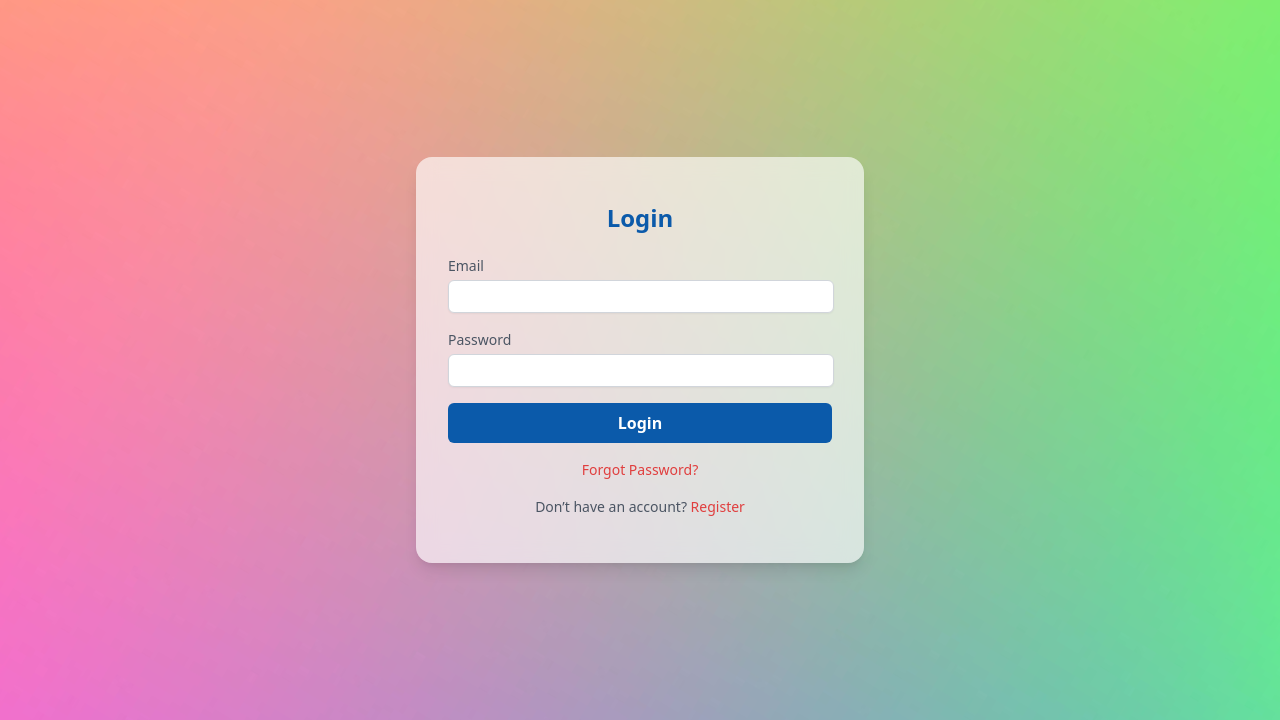
Repository: LoneHeroOne/SmartRecruit
Page: / (app in frontend/)
These files come from the project's save history. The page is drawn as it stood at one moment and after the next save; the edit follows.
The browser window is 1280 px wide. The pictures show the whole page.
The project was rebuilt for these pictures with package versions that can differ from the ones it lists, and the page was loaded fresh each time. Also part of the build but not shown: frontend/vite.config.ts, frontend/src/Pages/Register.tsx, frontend/src/Pages/ForgotPassword.tsx, frontend/src/Pages/ApplicationForm.tsx.

Above is the page before, as saved 2025-10-04 17:16:14.

### frontend/src/App.tsx
import { BrowserRouter, Routes, Route } from 'react-router-dom'
import Login from './Pages/Login'
import Register from './Pages/Register'
import ForgotPassword from './Pages/ForgotPassword'

function App() {
  return (
    <BrowserRouter>
      <Routes>
        <Route path="/" element={<Login />} />
        <Route path="/register" element={<Register />} />
        <Route path="/forgot-password" element={<ForgotPassword />} />
        <Route path="/internships" element={<div>Internships Page</div>} />
      </Routes>
    </BrowserRouter>
  )
}

export default App

### frontend/src/Pages/Login.tsx
import { useState } from "react";
import { useNavigate } from "react-router-dom";
import BackgroundAnimation from "../components/common/BackgroundAnimation";
import {login} from "../Services/authService";
import "./Login.css";

export default function Login() {
  const navigate = useNavigate();
  const [form, setForm] = useState({ email: "", password: "" });
  const [loading, setLoading] = useState(false);
  const [error, setError] = useState("");

  const handleChange = (e: React.ChangeEvent<HTMLInputElement>) => {
    setForm({ ...form, [e.target.name]: e.target.value });
  };

  const handleSubmit = async (e: React.FormEvent<HTMLFormElement>) => {
    e.preventDefault();
    setError("");
    setLoading(true);

    try {
      const res = await login(form);
      localStorage.setItem("token", res.data.access_token);
      navigate("/internships"); // redirect after login
    } catch (err) {
      setError("Invalid email or password");
    } finally {
      setLoading(false);
    }
  };

  return (
    <div className="login-container">
      <BackgroundAnimation />
      <div className="login-card">
        <h1 className="login-title">
          Login
        </h1>

        {error && (
          <div className="error-message">{error}</div>
        )}

        <form onSubmit={handleSubmit} className="login-form">
          {/* Email */}
          <div>
            <label
              htmlFor="email"
              className="form-label"
            >
              Email
            </label>
            <input
              type="email"
              name="email"
              value={form.email}
              onChange={handleChange}
              required
              className="form-input"
            />
          </div>

          {/* Password */}
          <div>
            <label
              htmlFor="password"
              className="form-label"
            >
              Password
            </label>
            <input
              type="password"
              name="password"
              value={form.password}
              onChange={handleChange}
              required
              className="form-input"
            />
          </div>

          {/* Submit */}
          <button
            type="submit"
            disabled={loading}
            className="submit-button"
          >
            {loading ? "Logging in..." : "Login"}
          </button>
        </form>

        <p className="register-prompt">
          <a
            href="/forgot-password"
            className="register-link"
          >
            Forgot Password?
          </a>
        </p>

        <p className="register-prompt">
          Don’t have an account?{" "}
          <a
            href="/register"
            className="register-link"
          >
            Register
          </a>
        </p>

      </div>
    </div>
  );
}

### frontend/src/components/common/BackgroundAnimation.tsx
// src/components/common/LottieBackground.tsx
import { useEffect, useRef } from "react";
import lottie, { AnimationItem } from "lottie-web";
import "./BackgroundAnimation.css";

type BackgroundAnimationProps = {
  /** Path to the Lottie JSON. Defaults to /animations/bg.json */
  src?: string;
  /** Optional: slow down animation (1 = normal). Defaults to 1. */
  speed?: number;
  /** Optional: extra class for custom theming */
  className?: string;
};

export default function BackgroundAnimation({
  src = "/animations/bg.json",
  speed = 1,
  className = "",
}: BackgroundAnimationProps) {
  const containerRef = useRef<HTMLDivElement | null>(null);

  useEffect(() => {
    const prefersReduced =
      typeof window !== "undefined" &&
      window.matchMedia &&
      window.matchMedia("(prefers-reduced-motion: reduce)").matches;

    let anim: AnimationItem | null = null;

    if (containerRef.current) {
      anim = lottie.loadAnimation({
        container: containerRef.current,
        renderer: "svg",
        loop: true,
        autoplay: !prefersReduced,
        path: src, // served from public/
        rendererSettings: {
          preserveAspectRatio: "xMidYMid slice",
          progressiveLoad: true,
          hideOnTransparent: true,
        },
      });

      anim.setSpeed(Math.max(0.1, speed));

      // Pause when tab is not visible to save CPU
      const onVisibility = () => {
        if (!anim) return;
        if (document.hidden) anim.pause();
        else if (!prefersReduced) anim.play();
      };
      document.addEventListener("visibilitychange", onVisibility);

      // If reduced motion, stop at first frame
      if (prefersReduced) {
        anim.addEventListener("DOMLoaded", () => {
          anim?.goToAndStop(0, true);
        });
      }

      return () => {
        document.removeEventListener("visibilitychange", onVisibility);
        anim?.destroy();
      };
    }
  }, [src, speed]);

  return <div className={`lottie-bg ${className}`} aria-hidden="true" ref={containerRef} />;
}

### frontend/src/Services/authService.ts
import api from "./apiClient";

interface LoginData {
  email: string;
  password?: string;
}

interface RegisterData extends LoginData {
  name: string;
}

interface LoginResponse {
  access_token: string;
  token_type: string;
}

export const register = (data: RegisterData) => api.post("/auth/register", data);
export const login = (data: LoginData) => api.post<LoginResponse>("/auth/login", data);
export const forgotPassword = (data: { email: string }) => api.post("/auth/forgot-password", data);
export const getMe = () => api.get("/users/me");

### frontend/src/Pages/Login.css

.login-container {
  position: relative;
  display: flex;
  flex-direction: column;
  align-items: center;
  justify-content: center;
  min-height: 100vh;
  overflow: hidden;
}

.login-card {
  background-color: rgba(255, 255, 255, 0.641);
  backdrop-filter: blur(10px);
  padding: 2rem;
  border-radius: 1rem;
  box-shadow: 0 10px 15px -3px rgba(0, 0, 0, 0.1), 0 4px 6px -2px rgba(0, 0, 0, 0.05);
  width: 24rem;
  z-index: 10;
}

.login-title {
  font-size: 1.5rem;
  font-weight: 700;
  margin-bottom: 1.5rem;
  text-align: center;
  color: #0B5AAA;
}

.error-message {
  margin-bottom: 1rem;
  color: #DC2626;
  font-size: 0.875rem;
  text-align: center;
}

.login-form {
  display: flex;
  flex-direction: column;
  gap: 1rem;
}

.form-label {
  display: block;
  font-size: 0.875rem;
  font-weight: 500;
  color: #4B5563;
  margin-bottom: 0.25rem;
}

.form-input {
  width: 100%;
  padding: 0.5rem 0rem;
  border: 1px solid #D1D5DB;
  border-radius: 0.375rem;
  box-shadow: 0 1px 2px 0 rgba(0, 0, 0, 0.05);
}

.form-input:focus {
  outline: none;
  box-shadow: 0 0 0 2px #0B5AAA;
}

.submit-button {
  width: 100%;
  background-color: #0B5AAA;
  color: white;
  padding: 0.5rem;
  border-radius: 0.375rem;
  font-weight: 600;
  transition: background-color 0.2s;
}

.submit-button:hover {
  background-color: #094681;
}

.register-prompt {
  margin-top: 1rem;
  text-align: center;
  font-size: 0.875rem;
  color: #4B5563;
}

.register-link {
  color: #E03E3E;
  font-weight: 500;
}

.register-link:hover {
  text-decoration: underline;
}

### frontend/src/Pages/ForgotPassword.css
.forgot-ct {
  position: relative;
  display: flex;
  flex-direction: column;
  align-items: center;
  justify-content: center;
  min-height: 100vh;
  overflow: hidden;
}

.forgot-password-card {
  background-color: rgba(255, 255, 255, 0.641);
  backdrop-filter: blur(10px);
  padding: 2rem;
  border-radius: 1rem;
  box-shadow: 0 10px 15px -3px rgba(0, 0, 0, 0.1), 0 4px 6px -2px rgba(0, 0, 0, 0.05);
  width: 24rem;
  z-index: 10;
}

.forgot-password-title {
  font-size: 1.5rem;
  font-weight: 700;
  margin-bottom: 1.5rem;
  text-align: center;
  color: #0B5AAA;
}

.error-msg {
  margin-bottom: 1rem;
  color: #DC2626;
  font-size: 0.875rem;
  text-align: center;
}

.message {
  margin-bottom: 1rem;
  color: #10B981;
  font-size: 0.875rem;
  text-align: center;
}

.forgot-password-form {
  display: flex;
  flex-direction: column;
  gap: 1rem;
}

.form-label {
  display: block;
  font-size: 0.875rem;
  font-weight: 500;
  color: #4B5563;
  margin-bottom: 0.25rem;
}

.form-input {
  width: 100%;
  padding: 0.5rem 0rem;
  border: 1px solid #D1D5DB;
  border-radius: 0.375rem;
  box-shadow: 0 1px 2px 0 rgba(0, 0, 0, 0.05);
}

.form-input:focus {
  outline: none;
  box-shadow: 0 0 0 2px #0B5AAA;
}

.submit-button {
  width: 100%;
  background-color: #0B5AAA;
  color: white;
  padding: 0.5rem;
  border-radius: 0.375rem;
  font-weight: 600;
  transition: background-color 0.2s;
}

.submit-button:hover {
  background-color: #094681;
}

.back-prompt {
  margin-top: 1rem;
  text-align: center;
  font-size: 0.875rem;
  color: #4B5563;
}

.back-link {
  color: #E03E3E;
  font-weight: 500;
  background: none;
  border: none;
  padding: 0;
  cursor: pointer;
}

.back-link:hover {
  text-decoration: underline;
}

### frontend/src/components/common/BackgroundAnimation.css
/* src/components/common/BackgroundAnimation.css */
.lottie-bg {
  position: fixed;
  inset: 0;
  z-index: 0;               /* keep it behind your cards/forms */
  pointer-events: none;
  overflow: hidden;
}

/* Optional fallback background if JSON fails to load */
.lottie-bg {
  background: linear-gradient(135deg,
    var(--tt-blue, #0072bc),
    var(--tt-purple, #6a1b9a),
    var(--tt-magenta, #d81b60),
    var(--tt-green, #43a047),
    var(--tt-yellow, #f6c000)
  );
  background-size: 200% 200%;
  animation: bgShift 28s ease infinite;
}

@keyframes bgShift {
  0%   { background-position: 0% 50%; }
  50%  { background-position: 100% 50%; }
  100% { background-position: 0% 50%; }
}

/* Respect reduced motion: pause gradient animation too */
@media (prefers-reduced-motion: reduce) {
  .lottie-bg {
    animation: none;
  }
}

### frontend/src/Services/apiClient.js
import axios from "axios";

const api = axios.create({
  baseURL: "http://localhost:8000", // change to deployed FastAPI backend
});

api.interceptors.request.use((config) => {
  const token = localStorage.getItem("token");
  if (token) config.headers.Authorization = `Bearer ${token}`;
  return config;
});

export default api;

### frontend/public/animations/Bg.json
{"v":"5.9.0","fr":60,"ip":0,"op":301,"w":1000,"h":1000,"nm":"Background","ddd":0,"assets":[{"id":"image_0","w":2000,"h":2000,"u":"","p":"data:[embedded picture, 203615 characters]","e":1}],"layers":[{"ddd":0,"ind":1,"ty":2,"nm":"Layer 1","refId":"image_0","sr":1,"ks":{"o":{"a":0,"k":100,"ix":11},"r":{"a":1,"k":[{"i":{"x":[0.833],"y":[0.833]},"o":{"x":[0.167],"y":[0.167]},"t":0,"s":[0]},{"t":300,"s":[360]}],"ix":10},"p":{"a":1,"k":[{"i":{"x":0.833,"y":0.833},"o":{"x":0.167,"y":0.167},"t":0,"s":[500,500,0],"to":[0,60,0],"ti":[0,-13.333,0]},{"i":{"x":0.833,"y":0.833},"o":{"x":0.167,"y":0.167},"t":60,"s":[500,860,0],"to":[0,13.333,0],"ti":[0,86.667,0]},{"i":{"x":0.833,"y":0.833},"o":{"x":0.167,"y":0.167},"t":120,"s":[500,580,0],"to":[0,-86.667,0],"ti":[0,20,0]},{"i":{"x":0.833,"y":0.833},"o":{"x":0.167,"y":0.167},"t":180,"s":[500,340,0],"to":[0,-20,0],"ti":[0,-26.667,0]},{"i":{"x":0.833,"y":0.833},"o":{"x":0.167,"y":0.167},"t":240,"s":[500,460,0],"to":[0,26.667,0],"ti":[0,-6.667,0]},{"t":300,"s":[500,500,0]}],"ix":2,"l":2},"a":{"a":0,"k":[1000,1000,0],"ix":1,"l":2},"s":{"a":0,"k":[100,100,100],"ix":6,"l":2}},"ao":0,"ip":0,"op":600,"st":0,"bm":0}],"markers":[]}

### frontend/src/Pages/ApplicationForm.css
.application-form-container {
  position: relative;
  display: flex;
  flex-direction: column;
  align-items: center;
  justify-content: center;
  min-height: 100vh;
  overflow: hidden;
  padding: 2rem;
}

.application-card {
  background-color: rgba(255, 255, 255, 0.641);
  backdrop-filter: blur(10px);
  padding: 2rem;
  border-radius: 1rem;
  box-shadow: 0 10px 15px -3px rgba(0, 0, 0, 0.1), 0 4px 6px -2px rgba(0, 0, 0, 0.05);
  width: 100%;
  max-width: 32rem; /* Larger than auth forms for more content */
  z-index: 10;
}

.progress-section {
  margin-bottom: 2rem;
}

.progress-bar {
  width: 100%;
  height: 0.5rem;
  background-color: #e5e7eb;
  border-radius: 0.25rem;
  overflow: hidden;
  margin-bottom: 0.5rem;
}

.progress-fill {
  height: 100%;
  background-color: #0b5aaa;
  transition: width 0.3s ease;
  border-radius: 0.25rem;
}

.progress-text {
  font-size: 0.875rem;
  font-weight: 500;
  color: #4b5563;
  text-align: center;
}

.form-content {
  min-height: 400px; /* Avoid content jumping between steps */
}

.step-content {
  animation: fadeIn 0.3s ease;
}

@keyframes fadeIn {
  from { opacity: 0; }
  to { opacity: 1; }
}

.step-title {
  font-size: 1.25rem;
  font-weight: 700;
  margin-bottom: 1.5rem;
  text-align: center;
  color: #0b5aaa;
}

.form-group {
  margin-bottom: 1.5rem;
}

.form-label {
  display: block;
  font-size: 0.875rem;
  font-weight: 500;
  color: #4b5563;
  margin-bottom: 0.25rem;
}

.form-input,
.form-textarea,
.form-select {
  width: 100%;
  padding: 0.75rem 0.5rem;
  border: 1px solid #d1d5db;
  border-radius: 0.375rem;
  box-shadow: 0 1px 2px 0 rgba(0, 0, 0, 0.05);
  font-size: 1rem;
  transition: border-color 0.2s ease;
}

.form-input:focus,
.form-textarea:focus,
.form-select:focus {
  outline: none;
  border-color: #0b5aaa;
  box-shadow: 0 0 0 2px rgba(11, 90, 170, 0.1);
}

.form-textarea {
  resize: vertical;
  min-height: 120px;
  font-family: inherit;
}

.file-selected {
  margin-top: 0.5rem;
  font-size: 0.875rem;
  color: #059669;
  font-weight: 500;
}

.review-section {
  margin-bottom: 1.5rem;
}

.review-section h3 {
  font-size: 1rem;
  font-weight: 600;
  margin-bottom: 0.75rem;
  color: #374151;
}

.review-section p {
  margin-bottom: 0.5rem;
  color: #6b7280;
  line-height: 1.4;
}

.cover-letter-preview {
  background-color: rgba(0, 0, 0, 0.05);
  padding: 1rem;
  border-radius: 0.375rem;
  white-space: pre-wrap;
  word-wrap: break-word;
  max-height: 200px;
  overflow-y: auto;
  font-style: italic;
}

.form-navigation {
  display: flex;
  justify-content: space-between;
  align-items: center;
  margin-top: 2rem;
}

.nav-button {
  padding: 0.75rem 1.5rem;
  border-radius: 0.375rem;
  font-weight: 600;
  font-size: 0.875rem;
  transition: all 0.2s ease;
  border: 1px solid transparent;
}

.nav-button.secondary {
  background-color: #f3f4f6;
  color: #4b5563;
  border-color: #d1d5db;
}

.nav-button.secondary:hover {
  background-color: #e5e7eb;
  border-color: #9ca3af;
}

.nav-button.primary {
  background-color: #0b5aaa;
  color: white;
}

.nav-button.primary:hover:not(:disabled) {
  background-color: #094681;
}

.nav-button.primary:disabled {
  opacity: 0.6;
  cursor: not-allowed;
}

.nav-button.submit {
  margin-left: auto;
  padding: 0.875rem 2rem;
}

/* Responsive adjustments */
@media (max-width: 640px) {
  .application-form-container {
    padding: 1rem;
  }

  .application-card {
    padding: 1.5rem;
    max-width: 28rem;
  }

  .step-title {
    font-size: 1.125rem;
  }

  .form-navigation {
    flex-direction: column;
    gap: 1rem;
  }

  .nav-button.submit {
    margin-left: 0;
    width: 100%;
  }
}

/* Focus improvements for accessibility */
.nav-button:focus-visible {
  outline: 2px solid #0b5aaa;
  outline-offset: 2px;
}

.form-input:focus-visible,
.form-textarea:focus-visible,
.form-select:focus-visible {
  outline: 2px solid #0b5aaa;
  outline-offset: 0;
}

Loaded but not shown: frontend/index.html (common file); frontend/src/main.tsx (common file); frontend/src/index.css (common file)

After the next save:
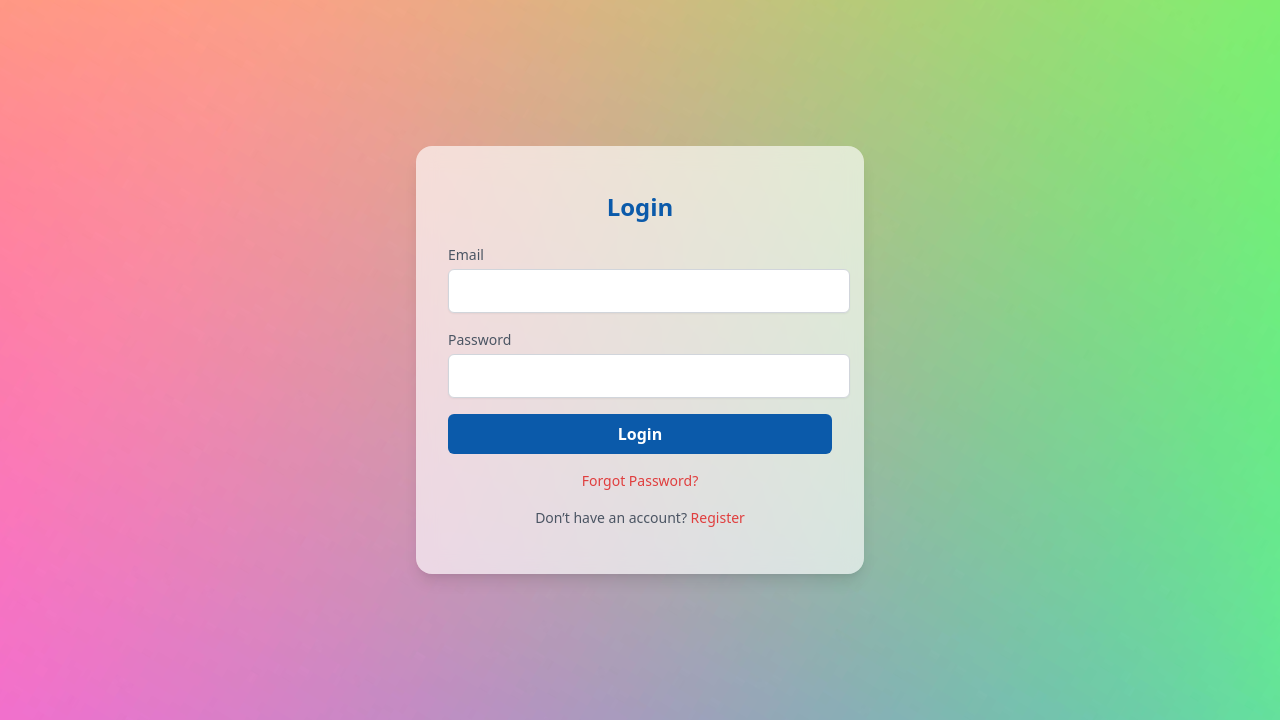
Saved 9 s later.
--- a/frontend/src/App.tsx
+++ b/frontend/src/App.tsx
@@ -2,6 +2,7 @@ import { BrowserRouter, Routes, Route } from 'react-router-dom'
 import Login from './Pages/Login'
 import Register from './Pages/Register'
 import ForgotPassword from './Pages/ForgotPassword'
+import ApplicationForm from './Pages/ApplicationForm'
 
 function App() {
   return (
@@ -10,6 +11,7 @@ function App() {
         <Route path="/" element={<Login />} />
         <Route path="/register" element={<Register />} />
         <Route path="/forgot-password" element={<ForgotPassword />} />
+        <Route path="/apply/:jobId" element={<ApplicationForm />} />
         <Route path="/internships" element={<div>Internships Page</div>} />
       </Routes>
     </BrowserRouter>
